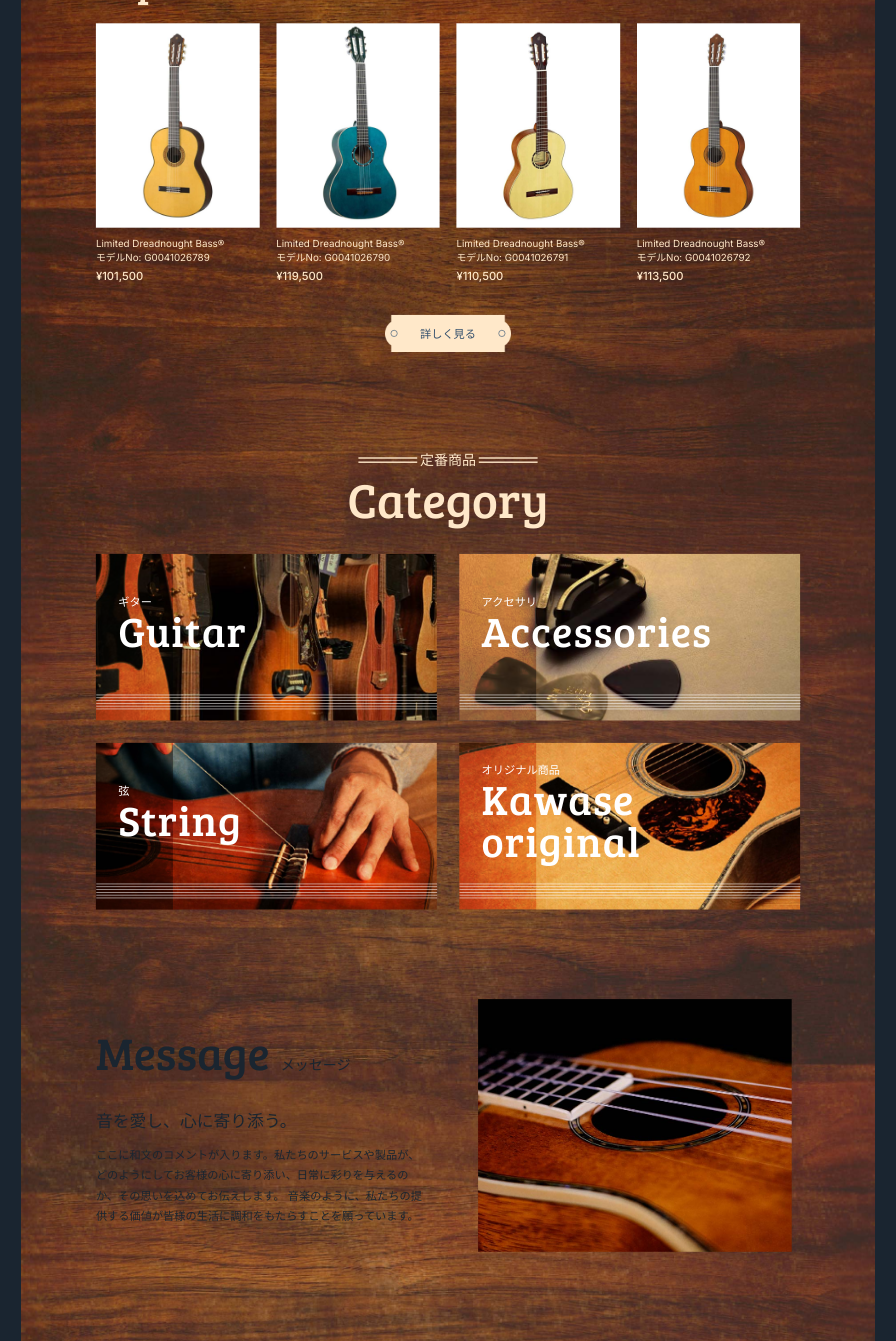
Repository: hyms035k/-----
Page: index.html
An editor plug-in stored every save of this project. The page is shown before and after the next save, followed by the edit.
The browser window is 1280 px wide. The pictures show the part of the page from y = 1526 to 3446 px (the page is 3442 px tall before and 3446 px after), at 70% of full size.
Some web fonts or font styles are not loaded; a fallback is used. Some web libraries are served in a nearby version. The style sheet was rebuilt from its Sass, Less or Tailwind sources for each picture, by a compiler version that may differ from the author's.

Above is the page before, as saved 2025-06-05 16:31:13.

### index.html
<!DOCTYPE html>
<html lang="ja">
<head>
    <meta charset="UTF-8">
    <meta name="viewport" content="width=device-width, initial-scale=1.0">
    <title>カワセ楽器（デモ）</title>

    <!-- Tailwind CSS CDN (開発版 - JITコンパイラ含む) -->
    <script src="https://cdn.tailwindcss.com"></script>
    <script>
        // Tailwind CSS の設定 (任意)
        // ここでテーマのカスタマイズなどが可能ですが、まずはデフォルトで進めます。
        // 例: tailwind.config = { theme: { extend: { colors: { 'custom-blue': '#243c5a' } } } }
    </script>
    <style type="text/tailwindcss">
        @layer components {
            .block-box {
                @apply py-10 md:py-20 xl:py-32;
            }
        }
        @layer utilities {
            .outside-double-border {
                @apply flex items-center mx-auto w-64;
            }
            .outside-double-border:before,
            .outside-double-border:after {
                @apply block flex-grow border-t-2 border-[#ffe8c9] border-b-2 border-[#ffe8c9] h-[8px];
                content: "";
            }
            .outside-double-border:before {
                @apply mr-1;
            }
            .outside-double-border:after {
                @apply ml-1;
            }
            .category-banner {
                @apply relative block h-[238px];
            }
            .category-banner > img {
                @apply absolute inset-0 w-full h-full object-cover z-0;
            }
            .category-banner > .overlay-filter {
                @apply absolute block top-0 left-0 h-full z-10;
                width: 22.6765799%;
                background-color: #444140;
                mix-blend-mode: overlay;
            }
            .category-banner > .banner-label {
                @apply absolute inset-0 z-20 flex items-center pl-8 pb-10 text-white;
            }
            .category-banner > .banner-label > span {
                @apply block;
            }
            .category-banner > .banner-label > span > :not(.font-serif) {
                @apply block font-medium leading-tight;
            }
            .category-banner > .banner-label > span > .font-serif {
                @apply block text-sm lg:text-[60px] leading-none tracking-wide;
            }
            .category-banner > .banner-line-6 {
                @apply absolute block bottom-4 left-1/2 w-full -translate-x-1/2 flex flex-col gap-[3px] z-20;
                opacity: 0.75;
            }
            .category-banner > .banner-line-6 > span {
                @apply block h-[1px] bg-white;
            }
            @screen md {
                .leading-relaxed {
                    line-height: 1.84;
                }
            }
        }
        @screen md {
            .container {
                @apply max-w-[650px]; /* 768px以上でコンテナのmax-widthは650px */
            }
        }
        @screen lg {
            .container {
                @apply max-w-[870px]; /* 992px以上でコンテナのmax-widthは870px */
            }
        }
        @screen xl {
            .container {
                @apply max-w-[1070px]; /* 1200px以上でコンテナのmax-widthは1070px */
            }
        }
        @screen 2xl {
            .container {
                @apply max-w-[1170px]; /* 1367px以上でコンテナのmax-widthは1170px */
            }
        }
    </style>
    <script>
        // InterフォントをTailwind CSSのデフォルトフォントとして設定
        tailwind.config = {
            theme: {
                // カスタムブレークポイントの定義
                screens: {
                    'sm': '640px',   // Tailwind CSSのデフォルト 'sm'
                    'md': '768px',   // ユーザー指定のBP
                    'lg': '992px',   // ユーザー指定のBP
                    'xl': '1200px',  // ユーザー指定のBP
                    '2xl': '1367px', // ユーザー指定のBP
                },
                // .container クラスのカスタマイズ
                container: {
                    center: true, // コンテナを中央揃えにする
                    padding: {
                        DEFAULT: '1.75rem',
                        md: '1.5rem',
                        lg: '2rem',
                    },
                    screens: {
                        sm: '640px',
                        md: '650px',
                        lg: '870px',
                        xl: '1070px',
                        '2xl': '1170px',
                    },
                },
                extend: {
                    fontFamily: {
                        // デフォルトのサンセリフフォントを Kiwi Maru に設定
                        sans: ['Kiwi Maru', 'Inter', 'sans-serif'],
                        // 見出し等で使用するセリフフォントとして Bree Serif を設定
                        serif: ['Bree Serif', 'serif'],
                    },
                }
            }
        }
    </script>

    <!-- GoogleFonts -->
    <link rel="preconnect" href="https://fonts.googleapis.com">
    <link rel="preconnect" href="https://fonts.gstatic.com" crossorigin>
    <link href="https://fonts.googleapis.com/css2?family=Kiwi+Maru:wght@400;500;600&display=swap" rel="stylesheet">
    <link href="https://fonts.googleapis.com/css2?family=Bree+Serif&display=swap" rel="stylesheet">

    <!-- Interフォントの読み込み (Tailwind CSSのデフォルトフォントファミリーと相性が良い) -->
    <link href="https://fonts.googleapis.com/css2?family=Inter:wght@400;500;600;700&display=swap" rel="stylesheet">

    <link href="./css/style.min.css" rel="stylesheet">
</head>
<body class="font-sans antialiased text-[#1a2530] bg-[#1a2530]">

    <!-- ヒーローセクション -->
    <section id="hero-section" class="h-screen flex flex-col items-center justify-center bg-cover bg-center text-white" aria-labelledby="hero-heading">
        <div class="container h-full flex flex-col items-center justify-center">
            <!-- ロゴのプレースホルダー -->
            <h1 class="hero-logo w-[80%] md:w-[46.1538461%] mx-auto"><img src="./img/top__hero_logo-min.png" alt=""></h1>
            <h2 id="hero-heading" class="text-2xl xl:text-[33px] text-center text-[#ffe1be] leading-[1.4] mt-6">
                あらゆる場面に対処できる<br>長年の経験と技術
            </h2>
        </div>
    </section>

    <main class="px-2 md:px-[30px]">
        <section id="block-1st" class="bg-cover bg-center">
            <div class="container block-box">
                <div class="lg:grid lg:grid-cols-2 lg:gap-[60px] items-center">
                    <div class="flex flex-col">
                        <div class="md:flex md:items-baseline md:gap-x-4 text-center md:text-left">
                            <p class="font-serif text-4xl lg:text-[65px] leading-tight">Message</p>
                            <h2 class="font-sans lg:text-[20px] mt-1">メッセージ</h2>
                        </div>
                        <div class="lg:hidden my-5">
                            <img src="./img/top__block1st_image.jpg" alt="メッセージのイメージ (スマホ)" class="w-full h-auto object-cover">
                        </div>
                        <div class="lg:mt-10">
                            <h3 class="font-sans text-[1.3rem] lg:text-[24px] font-medium">音を愛し、心に寄り添う。</h3>
                            <p class="font-sans text-base mt-4 leading-relaxed">
                                ここに和文のコメントが入ります。私たちのサービスや製品が、どのようにしてお客様の心に寄り添い、日常に彩りを与えるのか、その思いを込めてお伝えします。
                                音楽のように、私たちの提供する価値が皆様の生活に調和をもたらすことを願っています。
                            </p>
                        </div>
                    </div>
                    <div class="hidden lg:flex items-center justify-center">
                        <img src="./img/top__block1st_image.jpg" alt="メッセージのイメージ (PC)" class="w-full max-w-md h-auto object-cover">
                    </div>
                </div>
            </div>
        </section>

        <section id="block-2nd" class="bg-cover bg-top">
            <div class="container block-box pt-0">
                <!-- おすすめ商品 / Topics -->
                <div id="topics" class="block-box pb-0 text-[#ffe8c9]">
                    <div class="max-w-6xl mx-auto">
                        <div class="md:flex md:items-center md:justify-between">
                            <div class="tracking-wide md:flex md:items-baseline md:gap-x-4 text-center md:text-left">
                                <p class="text-4xl lg:text-[56px] font-serif leading-tight">Topics</p>
                                <h2 class="lg:text-[20px] ml-2 mt-1 md:mt-0 font-sans">おすすめ商品</h2>
                            </div>
                            <div class="quick-tab flex justify-center md:justify-end gap-2 lg:gap-4 text-sm mt-4 md:mt-0">
                                <div class="btn text-center active"><span><span>ランキング</span></span></div>
                                <div class="btn text-center"><span><span>新着</span></span></div>
                            </div>
                        </div>
                        <!-- 商品カードリスト -->
                        <div class="grid grid-cols-2 md:grid-cols-4 gap-6 mt-6 mb-11">
                            <!-- 商品カード（繰り返し） -->
                            <a href="" class="text-left block">
                                <img src="./img/top__block2nd_topics_guiter_1.jpg" alt="Limited Dreadnought Bass" class="mx-auto mb-3">
                                <span class="block text-xs sm:text-sm">
                                    Limited Dreadnought Bass®<br>
                                    モデルNo: G0041026789
                                </span>
                                <span class="block mt-1 font-medium">¥101,500</span>
                            </a>
                            <!-- 以下、繰り返し -->
                            <a href="" class="text-left block">
                                <img src="./img/top__block2nd_topics_guiter_2.jpg" alt="Limited Dreadnought Bass" class="mx-auto mb-3">
                                <span class="block text-xs sm:text-sm">
                                    Limited Dreadnought Bass®<br>
                                    モデルNo: G0041026790
                                </span>
                                <span class="block mt-1 font-medium">¥119,500</span>
                            </a>
                            <a href="" class="text-left block">
                                <img src="./img/top__block2nd_topics_guiter_3.jpg" alt="Limited Dreadnought Bass" class="mx-auto mb-3">
                                <span class="block text-xs sm:text-sm">
                                    Limited Dreadnought Bass®<br>
                                    モデルNo: G0041026791
                                </span>
                                <span class="block mt-1 font-medium">¥110,500</span>
                            </a>
                            <a href="" class="text-left block">
                                <img src="./img/top__block2nd_topics_guiter_4.jpg" alt="Limited Dreadnought Bass" class="mx-auto mb-3">
                                <span class="block text-xs sm:text-sm">
                                    Limited Dreadnought Bass®<br>
                                    モデルNo: G0041026792
                                </span>
                                <span class="block mt-1 font-medium">¥113,500</span>
                            </a>
                        </div>
                        <div class="text-center">
                            <a href="#" class="inline-block btn text-center"><span><span>詳しく見る</span></span></a>
                        </div>
                    </div>
                </div>

                <!-- 定番商品 / Category セクション -->
                <div id="category" class="block-box pb-0 text-[#ffe8c9]">
                    <div class="text-center mb-11">
                        <h2 class="outside-double-border text-3xl md:text-4xl lg:text-[20px] font-medium leading-tight">定番商品</h2>
                        <p class="font-serif text-lg lg:text-[70px] leading-none">Category</p>
                    </div>

                    <!-- バナー 2x2 -->
                    <div class="grid grid-cols-1 sm:grid-cols-2 gap-8">
                        <!-- バナー1 -->
                        <a href="" class="category-banner">
                            <img src="./img/top__block2nd_category_1.jpg" alt="バナー1">
                            <span class="overlay-filter"></span>
                            <span class="banner-label">
                                <span>
                                    <span>ギター</span>
                                    <span class="font-serif">Guitar</span>
                                </span>
                            </span>
                            <span class="banner-line-6">
                                <span></span>
                                <span></span>
                                <span></span>
                                <span></span>
                                <span></span>
                                <span></span>
                            </span>
                        </a>

                        <!-- バナー2 -->
                        <a href="" class="category-banner">
                            <img src="./img/top__block2nd_category_2.jpg" alt="バナー2">
                            <span class="overlay-filter"></span>
                            <span class="banner-label">
                                <span>
                                    <span>アクセサリ</span>
                                    <span class="font-serif">Accessories</span>
                                </span>
                            </span>
                            <span class="banner-line-6">
                                <span></span>
                                <span></span>
                                <span></span>
                                <span></span>
                                <span></span>
                                <span></span>
                            </span>
                        </a>

                        <!-- バナー3 -->
                        <a href="" class="category-banner">
                            <img src="./img/top__block2nd_category_3.jpg" alt="バナー3">
                            <span class="overlay-filter"></span>
                            <span class="banner-label">
                                <span>
                                    <span>弦</span>
                                    <span class="font-serif">String</span>
                                </span>
                            </span>
                            <span class="banner-line-6">
                                <span></span>
                                <span></span>
                                <span></span>
                                <span></span>
                                <span></span>
                                <span></span>
                            </span>
                        </a>

                        <!-- バナー4 -->
                        <a href="" class="category-banner">
                            <img src="./img/top__block2nd_category_4.jpg" alt="バナー4">
                            <span class="overlay-filter"></span>
                            <span class="banner-label">
                                <span>
                                    <span>オリジナル商品</span>
                                    <span class="font-serif">Kawase original</span>
                                </span>
                            </span>
                            <span class="banner-line-6">
                                <span></span>
                                <span></span>
                                <span></span>
                                <span></span>
                                <span></span>
                                <span></span>
                            </span>
                        </a>
                    </div>
                </div>

                <div class="lg:grid lg:grid-cols-2 lg:gap-[60px] items-center pt-10 md:pt-20 xl:pt-[8rem]">
                    <div class="flex flex-col">
                        <div class="md:flex md:items-baseline md:gap-x-4">
                            <h2 class="font-serif text-4xl lg:text-[65px] leading-tight">Message</h2>
                            <p class="font-sans lg:text-[20px] mt-1">メッセージ</p>
                        </div>
                        <div class="lg:hidden my-5">
                            <img src="./img/top__block1st_image.jpg" alt="メッセージのイメージ (スマホ)" class="w-full h-auto object-cover">
                        </div>
                        <div class="lg:mt-10">
                            <h3 class="font-sans text-[1.3rem] lg:text-[24px] font-medium">音を愛し、心に寄り添う。</h3>
                            <p class="font-sans text-base mt-4 leading-relaxed">
                                ここに和文のコメントが入ります。私たちのサービスや製品が、どのようにしてお客様の心に寄り添い、日常に彩りを与えるのか、その思いを込めてお伝えします。
                                音楽のように、私たちの提供する価値が皆様の生活に調和をもたらすことを願っています。
                            </p>
                        </div>
                    </div>
                    <div class="hidden lg:flex items-center justify-center">
                        <img src="./img/top__block1st_image.jpg" alt="メッセージのイメージ (PC)" class="w-full max-w-md h-auto object-cover">
                    </div>
                </div>
            </div>
        </section>
    </main>

</body>
</html>

### scss/style.scss
@charset "UTF-8";
@use "msg-config" as conf;

.remove {
	position: relative;
	overflow: hidden;
	display: block;
	width: 100%;
	height: 0;
	font-size: 0.5em;
	text-align: left;
	text-indent: -9999px;
	background-position: center;
	background-repeat: no-repeat;
	background-size: cover;
}

.btn {
	position: relative;
	overflow: hidden;
	color: conf.$navy;
	text-decoration: none !important;
	mask: url(../img/btn_mask-min.png) center left no-repeat;
	mask-size: auto 100%;
	cursor: pointer;
	> span {
		position: relative;
		overflow: hidden;
		display: block;
		background-color: conf.$light;
		mask: url(../img/btn_mask-min.png) center right no-repeat;
		mask-size: auto 100%;
		&:before {
			position: absolute;
			top: 0;
			left: 0;
			bottom: 0;
			display: block;
			width: 0;
			background-color: conf.$base;
			transition: 0.3s;
			content: "";
		}
		> span {
			position: relative;
			display: block;
			padding-top: 15px;
			padding-bottom: 15px;
			&:before, &:after {
				position: absolute;
				top: 50%;
				display: block;
				width: 10px;
				height: 10px;
				border: solid 1px conf.$navy-light;
				border-radius: 50%;
				transform: translateY(-50%);
				content: "";
			}
			&:before {
				left: 8px;
			}
			&:after {
				right: 8px;
			}
		}
	}
	&:hover, &:focus {
		color: conf.$light;
		> span {
			&:before {
				width: 100%;
			}
		}
	}
	&.inline-block {
		> span {
			> span {
				padding-left: 50px;
				padding-right: 50px;
			}
		}
	}
}

#hero {
	&-section {
		@include conf.mq(768) {
			background-image: url(../img/top__hero_bg.jpg);
		}
		@include conf.mq(0,768) {
			background-image: url(../img/top__hero_bg_sp.jpg);
		}
	}
}

#block {
	&-1st {
		background-image: url(../img/top__block1st_bg.jpg);
	}
	&-2nd {
		background-image: url(../img/top__block2nd_bg.jpg);
		.quick-tab {
			> .btn {
				@include conf.mq(768) {
					min-width: 150px;
				}
				@include conf.mq(0,768) {
					width: calc((100% - 0.5rem) * 0.5);
					max-width: 150px;
				}
				> span {
					> span {
						padding-top: 10px;
						padding-bottom: 10px;
						&:before, &:after {
							width: 6px;
							height: 6px;
						}
						&:before {
							left: 6px;
						}
						&:after {
							right: 6px;
						}
					}
				}
				&.active {
					color: conf.$light !important;
					> span {
						background-color: conf.$base !important;
					}
				}
			}
		}
	}
}

### scss/_msg-config.scss
@charset "UTF-8";

$base: #1a2530;
$light: #ffe8c9;

$navy: #34506d;
$navy-light: #4d667f;

$accent: #004097;
$bright-accent: #ccd9ea;
$hardright-accent: #eaedf0;
$lavender: #e2e7fe;
$blue: #5f7efb;
$green: #1CA038;
$deep-blue: #3268ED;
$lime: #aacc03;
$dark-gray: #4d4d4d;

@mixin mq($min:0, $max:0, $mode:'screen') {
	$bp_min: '';
	$bp_max: '';
	@if $min > 0 {
		$bp_min: ' and (min-width:#{$min}px)';
	}
	@if $max > 0 {
		$bp_max: ' and (max-width:#{$max - 1}px)';
	}

	@media #{$mode}#{$bp_min}#{$bp_max} {
		@content;
	}
}

@mixin center($y:1, $x:0){
	@if $y > 0 {
		top: 50%;
	}
	@if $x > 0 {
		left: 50%;
	}
	@if $y > 0 or $x > 0 {
		@if $y == 0 or $x == 0 {
			@if $y > 0 {
				transform: translateY(-50%);
			}
			@else {
				transform: translateX(-50%);
			}
		}
		@else {
			transform: translate(-50%,-50%);
		}
	}
}

@mixin full($fixed:0){
	@if $fixed > 0 {
		@if $fixed > 1 {
			position: relative;
		}
		@else{
			position: fixed;
		}
	}
	@else{
		position: absolute;
	}

	top: 0;
	left: 0;
	right: 0;
	bottom: 0;
	display: block;
	width: 100%;
	height: 100%;
}

After the next save:
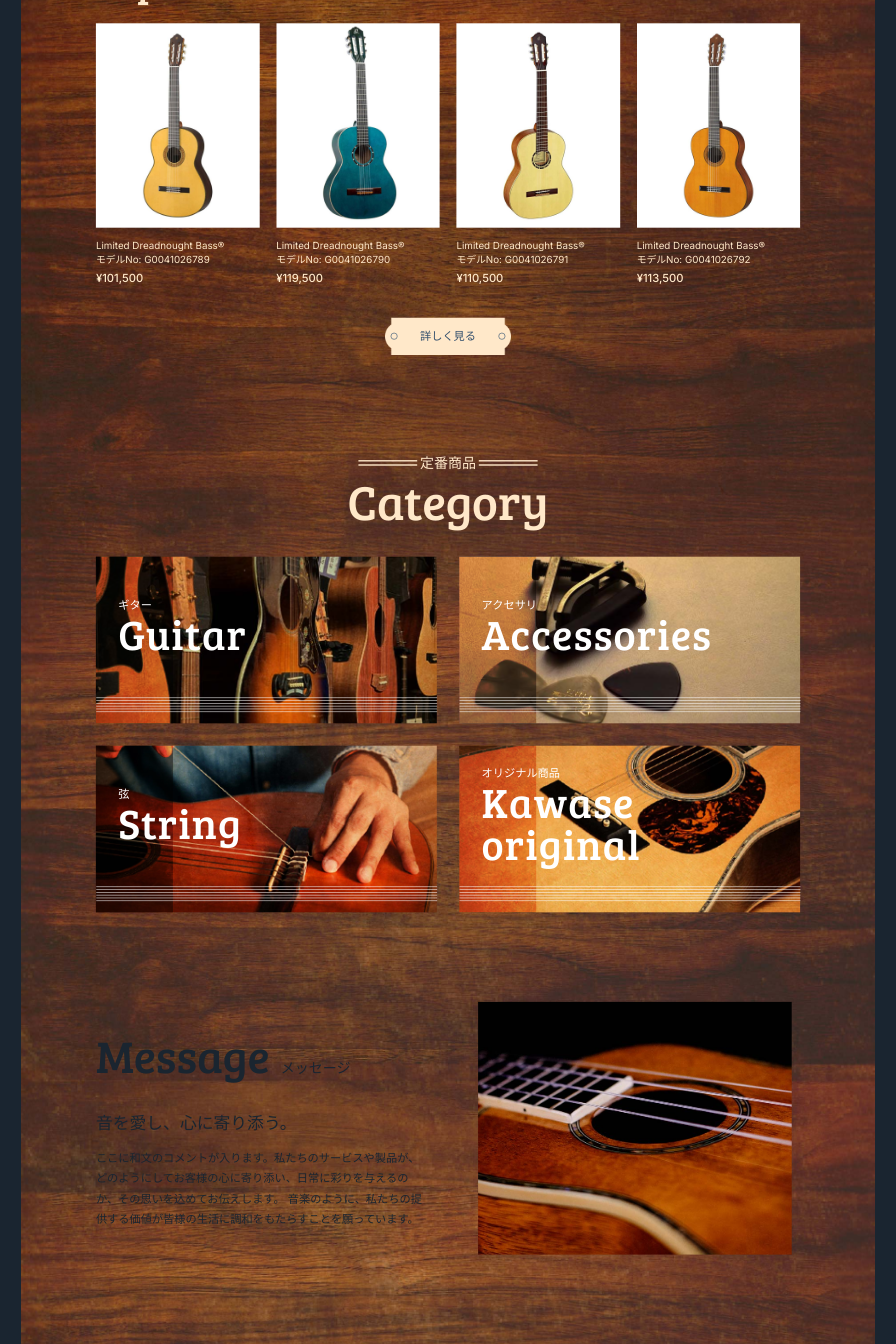
Saved 13 s later.
--- a/index.html
+++ b/index.html
@@ -201,7 +201,7 @@
                         <div class="grid grid-cols-2 md:grid-cols-4 gap-6 mt-6 mb-11">
                             <!-- 商品カード（繰り返し） -->
                             <a href="" class="text-left block">
-                                <img src="./img/top__block2nd_topics_guiter_1.jpg" alt="Limited Dreadnought Bass" class="mx-auto mb-3">
+                                <img src="./img/top__block2nd_topics_guiter_1.jpg" alt="Limited Dreadnought Bass" class="mx-auto mb-4">
                                 <span class="block text-xs sm:text-sm">
                                     Limited Dreadnought Bass®<br>
                                     モデルNo: G0041026789
@@ -210,7 +210,7 @@
                             </a>
                             <!-- 以下、繰り返し -->
                             <a href="" class="text-left block">
-                                <img src="./img/top__block2nd_topics_guiter_2.jpg" alt="Limited Dreadnought Bass" class="mx-auto mb-3">
+                                <img src="./img/top__block2nd_topics_guiter_2.jpg" alt="Limited Dreadnought Bass" class="mx-auto mb-4">
                                 <span class="block text-xs sm:text-sm">
                                     Limited Dreadnought Bass®<br>
                                     モデルNo: G0041026790
@@ -218,7 +218,7 @@
                                 <span class="block mt-1 font-medium">¥119,500</span>
                             </a>
                             <a href="" class="text-left block">
-                                <img src="./img/top__block2nd_topics_guiter_3.jpg" alt="Limited Dreadnought Bass" class="mx-auto mb-3">
+                                <img src="./img/top__block2nd_topics_guiter_3.jpg" alt="Limited Dreadnought Bass" class="mx-auto mb-4">
                                 <span class="block text-xs sm:text-sm">
                                     Limited Dreadnought Bass®<br>
                                     モデルNo: G0041026791
@@ -226,7 +226,7 @@
                                 <span class="block mt-1 font-medium">¥110,500</span>
                             </a>
                             <a href="" class="text-left block">
-                                <img src="./img/top__block2nd_topics_guiter_4.jpg" alt="Limited Dreadnought Bass" class="mx-auto mb-3">
+                                <img src="./img/top__block2nd_topics_guiter_4.jpg" alt="Limited Dreadnought Bass" class="mx-auto mb-4">
                                 <span class="block text-xs sm:text-sm">
                                     Limited Dreadnought Bass®<br>
                                     モデルNo: G0041026792
